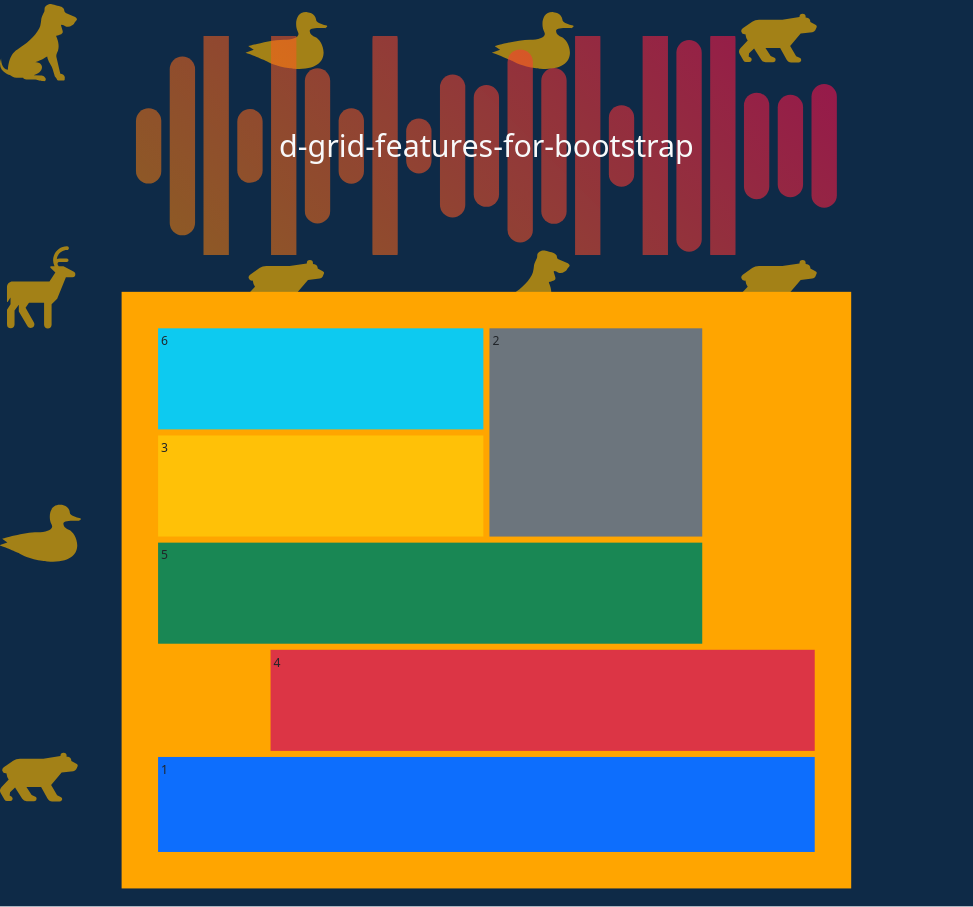
Repository: LynxPardelle/d-grid-features-for-bootstrap
Page: index.html
The author's editor kept a copy of each file at every save. The page is drawn from the files as they stood at one save, then again after the next save.
The browser window is 1280 px wide. The pictures show the whole page, at 76% of full size.

Above is the page before, as saved 2021-10-20 23:18:10.

### index.html
<!DOCTYPE html>
<html lang="en">
  <head>
    <meta charset="UTF-8" />
    <meta http-equiv="X-UA-Compatible" content="IE=edge" />
    <meta name="viewport" content="width=device-width, initial-scale=1.0" />
    <meta name="author" content="Lynx Pardelle" />
    <title>d-grid-features-for-bootstrap</title>
    <link
      href="https://cdn.jsdelivr.net/npm/bootstrap@5.1.3/dist/css/bootstrap.min.css"
      rel="stylesheet"
      integrity="sha384-1BmE4kWBq78iYhFldvKuhfTAU6auU8tT94WrHftjDbrCEXSU1oBoqyl2QvZ6jIW3"
      crossorigin="anonymous"
    />
    <style>
      body {
        background-image: url("data:[embedded picture, 9376 characters]");
        background-size: cover;
        background-repeat: repeat;
        background-position: left top;
      }

      h1 {
        background-image: url("data:[embedded picture, 2297 characters]");
        background-size: cover;
        background-repeat: no-repeat;
        background-position: center center;
        padding: 7.5rem;
      }
    </style>
  </head>
  <body>
    <h1 class="text-center text-light my-5">d-grid-features-for-bootstrap</h1>

    <!-- <section class="d-grid bg-dark" data-gfbs data-gfbs-gtc="repeat(4, 1fr)" data-gfbs-gtr="repeat(2, 50px)" > -->
    <!-- <section class="d-grid bg-dark" data-gfbs data-gfbs-gta='"f f b c c a"" f f d e e a"'> -->
      <section
      class="d-grid w-75 mx-auto my-4"
      data-gfbs
      data-gfbs-custom="background-color: black; padding: 1rem;"
      data-gfbs-custom-sm="background-color: pink; padding: 2rem;"
      data-gfbs-custom-md="background-color: orange; padding: 3rem;"
      data-gfbs-gt='
      [row1-start] "a a b ." 12.5px [row1-end]
      [row2-start] "a a b ." 12.5px [row2-end]
      [row3-start] "c c b d" 12.5px [row3-end]
      [row4-start] "c c b d" 12.5px [row4-end]
      [row5-start] "e e e d" 12.5px [row5-end]
      [row6-start] "e e e d" 12.5px [row6-end]
      [row7-start] ". f f f" 12.5px [row7-end]
      [row8-start] ". f f f" 12.5px [row8-end]
      [row9-start] "g g g g" 25px [row9-end]
      / 2fr 1fr 1fr 3fr'
      data-gfbs-gt-sm='
      [row1-start] "a b b ." 25px [row1-end]
      [row2-start] "a b b ." 25px [row2-end]
      [row3-start] "c c c ." 25px [row3-end]
      [row4-start] "c c c ." 25px [row4-end]
      [row5-start] "e e d d" 25px [row5-end]
      [row6-start] "e e d d" 25px [row6-end]
      [row7-start] ". f f ." 25px [row7-end]
      [row8-start] ". f f ." 25px [row8-end]
      [row9-start] "g g g g" 50px [row9-end]
      / 1fr 2fr 2fr 1fr'
      data-gfbs-gt-md='
      [row1-start] "a a a b" 37.5px [row1-end]
      [row2-start] "a a a b" 37.5px [row2-end]
      [row3-start] "c c d d" 37.5px [row3-end]
      [row4-start] "c c d d" 37.5px [row4-end]
      [row5-start] "e e d d" 37.5px [row5-end]
      [row6-start] "e e d d" 37.5px [row6-end]
      [row7-start] "f f f f" 37.5px [row7-end]
      [row8-start] "g g g g" 37.5px [row8-end]
      [row9-start] "g g g g" 75px [row9-end]
      / 1fr 2fr 2fr 1fr'
      data-gfbs-gt-lg='
      [row1-start] "a a b ." 50px [row1-end]
      [row2-start] "a a b ." 50px [row2-end]
      [row3-start] "c c b d" 50px [row3-end]
      [row4-start] "c c b d" 50px [row4-end]
      [row5-start] "e e e d" 50px [row5-end]
      [row6-start] "e e e d" 50px [row6-end]
      [row7-start] ". f f f" 50px [row7-end]
      [row8-start] ". f f f" 50px [row8-end]
      [row9-start] "g g g g" 100px [row9-end]
      / 1fr 2fr 2fr 1fr'
      data-gfbs-gt-xl='
      [row1-start] "a a b ." 62.5px [row1-end]
      [row2-start] "a a b ." 62.5px [row2-end]
      [row3-start] "c c b d" 62.5px [row3-end]
      [row4-start] "c c b d" 62.5px [row4-end]
      [row5-start] "e e e d" 62.5px [row5-end]
      [row6-start] "e e e d" 62.5px [row6-end]
      [row7-start] ". f f f" 62.5px [row7-end]
      [row8-start] ". f f f" 62.5px [row8-end]
      [row9-start] "g g g g" 125px [row9-end]
      / 1fr 2fr 2fr 1fr'
      data-gfbs-gt-xxl='
      [row1-start] "a a b ." 87.5px [row1-end]
      [row2-start] "a a b ." 87.5px [row2-end]
      [row3-start] "c c b d" 87.5px [row3-end]
      [row4-start] "c c b d" 87.5px [row4-end]
      [row5-start] "e e e d" 87.5px [row5-end]
      [row6-start] "e e e d" 87.5px [row6-end]
      [row7-start] ". f f f" 87.5px [row7-end]
      [row8-start] ". f f f" 87.5px [row8-end]
      [row9-start] "g g g g" 150px [row9-end]
      / 1fr 2fr 2fr 1fr'
      data-gfbs-gap="0.5rem"
    >
      <!-- data-gfbs-cg="1rem"
      data-gfbs-rg="1rem" -->
      <div
        data-gfbs
        data-gfbs-iga="a"
        data-gfbs-iga-sm="g"
        class="bg-primary p-1"
      >
        1
      </div>

      <div data-gfbs data-gfbs-iga="b" class="bg-secondary p-1">2</div>
      <div data-gfbs data-gfbs-iga="c" class="bg-warning p-1">3</div>
      <div
        data-gfbs
        data-gfbs-iga="d"
        data-gfbs-iga-lg="f"
        class="bg-danger p-1"
      >
        4
      </div>
      <div data-gfbs data-gfbs-iga="e" class="bg-success p-1">5</div>
      <div data-gfbs data-gfbs-iga="f" data-gfbs-iga-md="a" class="bg-info p-1">
        6
      </div>
    </section>

    <script
      src="https://cdn.jsdelivr.net/npm/bootstrap@5.1.3/dist/js/bootstrap.bundle.min.js"
      integrity="sha384-ka7Sk0Gln4gmtz2MlQnikT1wXgYsOg+OMhuP+IlRH9sENBO0LRn5q+8nbTov4+1p"
      crossorigin="anonymous"
    ></script>
    <script src="./d-grid.js"></script>
  </body>
</html>

### d-grid.js
"use strict";

function gridCreate(){
  let wWidth = window.innerWidth;
  let gridElements = document.querySelectorAll("[data-gfbs]");

  function checkIfHasBP(gridElement, atr) {
    let hasIt = false;
    for (let attribute of gridElement.attributes) {
      let at = attribute.localName;
      if (at.includes(atr)) {
        switch (true) {
          case at.includes("-sm") && wWidth >= 576 && wWidth < 768:
            hasIt = true;
            break;
          case at.includes("-md") && wWidth >= 768 && wWidth < 992:
            hasIt = true;
            break;
          case at.includes("-lg") && wWidth >= 992 && wWidth < 1200:
            hasIt = true;
            break;
          case at.includes("-xl") && wWidth >= 1200 && wWidth < 1400:
            hasIt = true;
            break;
          case at.includes("-xxl") && wWidth >= 1400:
            hasIt = true;
            break;
        }
      }
    }

    return hasIt;
  }

  for (let gridElement of gridElements) {
    for (let attribute of gridElement.attributes) {
      let at = attribute.localName;
      let attValue = attribute.value;

      if (
        at.includes("gfbs-") &&
        ((!at.includes("-sm") &&
          !at.includes("-md") &&
          !at.includes("-lg") &&
          !at.includes("-xl") &&
          !at.includes("-xxl") &&
          !checkIfHasBP(gridElement, at)) ||
          (at.includes("-sm") &&
            wWidth >= 576 &&
            (!at.includes("-md") || (at.includes("-md") && wWidth < 768)) &&
            (!at.includes("-lg") || (at.includes("-lg") && wWidth < 992)) &&
            (!at.includes("-xl") || (at.includes("-xl") && wWidth < 1200)) &&
            (!at.includes("-xll") || (at.includes("-xxl") && wWidth < 1400))) ||
          (at.includes("-md") &&
            wWidth >= 768 &&
            (!at.includes("-lg") || (at.includes("-lg") && wWidth < 992)) &&
            (!at.includes("-xl") || (at.includes("-xl") && wWidth < 1200)) &&
            (!at.includes("-xll") || (at.includes("-xxl") && wWidth < 1400))) ||
          (at.includes("-lg") &&
            wWidth >= 992 &&
            (!at.includes("-xl") || (at.includes("-xl") && wWidth < 1200)) &&
            (!at.includes("-xll") || (at.includes("-xxl") && wWidth < 1400))) ||
          (at.includes("-xl") &&
            wWidth >= 1200 &&
            (!at.includes("-xll") || (at.includes("-xxl") && wWidth < 1400))) ||
          (at.includes("-xxl") && wWidth >= 1400))
      ) {
        switch (true) {
          /* Container */
          case at.includes("custom"):
            gridElement.style.cssText += attValue;
            break;
          case at.includes("gtc"):
            gridElement.style.gridTemplateColumns = attValue;
            break;
          case at.includes("gtr"):
            gridElement.style.gridTemplateRows = attValue;
            break;
          case at.includes("gta"):
            gridElement.style.gridTemplateAreas = attValue;
            break;
          case at.includes("gt"):
            gridElement.style.gridTemplate = attValue;
            break;
          case at.includes("cg"):
            gridElement.style.columnGap = attValue;
            break;
          case at.includes("rg"):
            gridElement.style.rowGap = attValue;
            break;
          case at.includes("gap"):
            gridElement.style.gap = attValue;
            break;
          case at.includes("ji"):
            gridElement.style.justifyItems = attValue;
            break;
          case at.includes("ai"):
            gridElement.style.alignItems = attValue;
            break;
          case at.includes("pi"):
            gridElement.style.placeItems = attValue;
            break;
          case at.includes("jc"):
            gridElement.style.justifyContent = attValue;
            break;
          case at.includes("ac"):
            gridElement.style.alignContent = attValue;
            break;
          case at.includes("pc"):
            gridElement.style.placeContent = attValue;
            break;
          case at.includes("gac"):
            gridElement.style.gridAutoColumns = attValue;
            break;
          case at.includes("gar"):
            gridElement.style.gridAutoRows = attValue;
            break;
          case at.includes("gaf"):
            gridElement.style.gridAutoFlow = attValue;
            break;
          case at.includes("grid"):
            gridElement.style.grid = attValue;
            break;

          /* Item */
          case at.includes("gcs"):
            gridElement.style.gridColumnStart = attValue;
            break;
          case at.includes("gce"):
            gridElement.style.gridColumnEnd = attValue;
            break;
          case at.includes("gc"):
            gridElement.style.gridColumn = attValue;
            break;
          case at.includes("grs"):
            gridElement.style.gridRowStart = attValue;
            break;
          case at.includes("gre"):
            gridElement.style.gridRowEnd = attValue;
            break;
          case at.includes("gr"):
            gridElement.style.gridRow = attValue;
            break;
          case at.includes("iga"):
            gridElement.style.gridArea = attValue;
            break;
          case at.includes("js"):
            gridElement.style.justifySelf = attValue;
            break;
          case at.includes("as"):
            gridElement.style.alignSelf = attValue;
            break;
          case at.includes("ps"):
            gridElement.style.placeSelf = attValue;
            break;
        }
      }
    }
  }
}

window.onload = gridCreate();
window.addEventListener("resize", gridCreate);

After the next save:
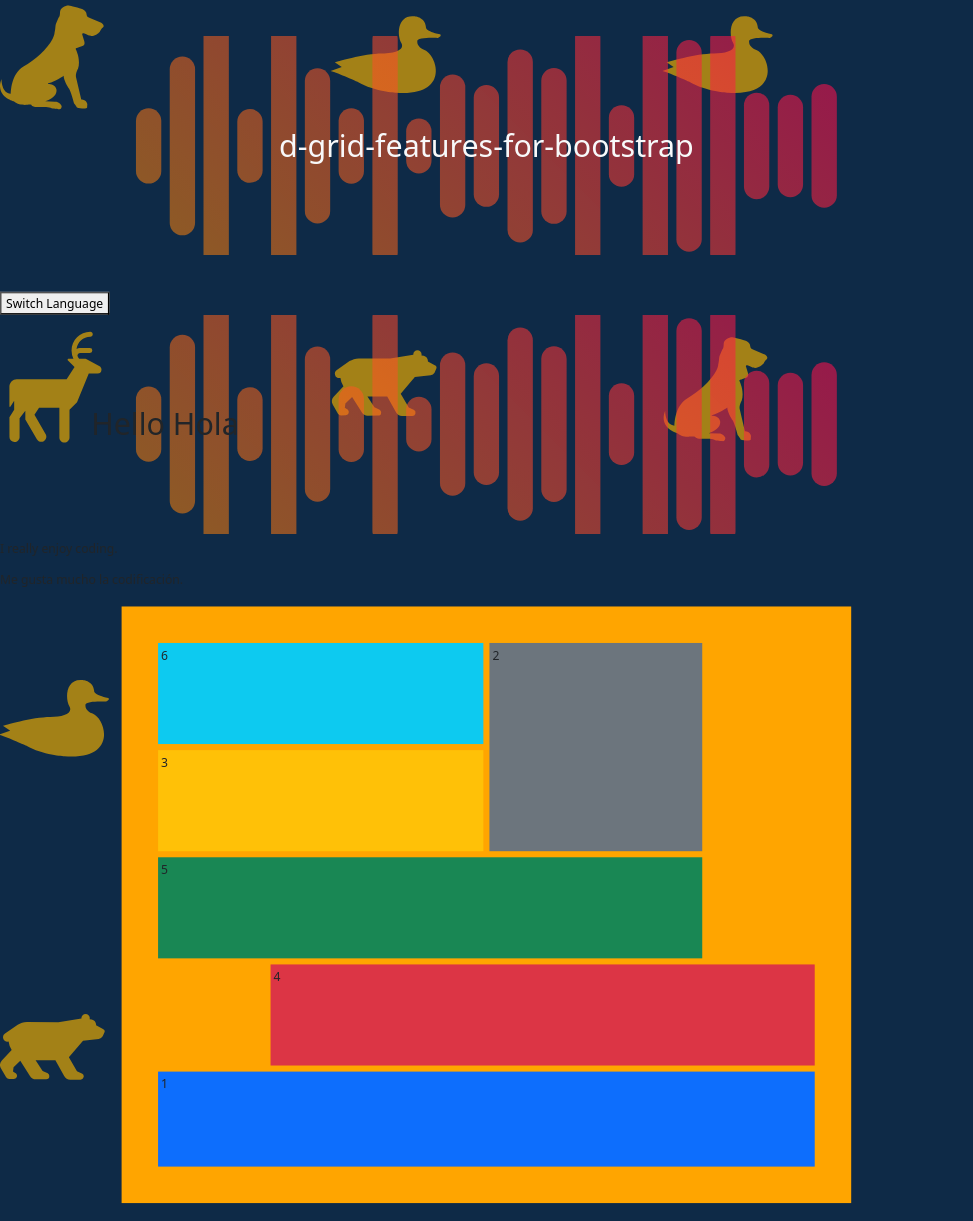
Saved 17 s later.
--- a/index.html
+++ b/index.html
@@ -32,9 +32,17 @@
   <body>
     <h1 class="text-center text-light my-5">d-grid-features-for-bootstrap</h1>
 
+    <button id="switch-lang">Switch Language</button>
+
+    <h1><span lang="en">Hello</span> <span lang="es">Hola</span></h1>
+
+    <p lang="en">I really enjoy coding.</p>
+
+    <p lang="es">Me gusta mucho la codificación.</p>
+
     <!-- <section class="d-grid bg-dark" data-gfbs data-gfbs-gtc="repeat(4, 1fr)" data-gfbs-gtr="repeat(2, 50px)" > -->
     <!-- <section class="d-grid bg-dark" data-gfbs data-gfbs-gta='"f f b c c a"" f f d e e a"'> -->
-      <section
+    <section
       class="d-grid w-75 mx-auto my-4"
       data-gfbs
       data-gfbs-custom="background-color: black; padding: 1rem;"
